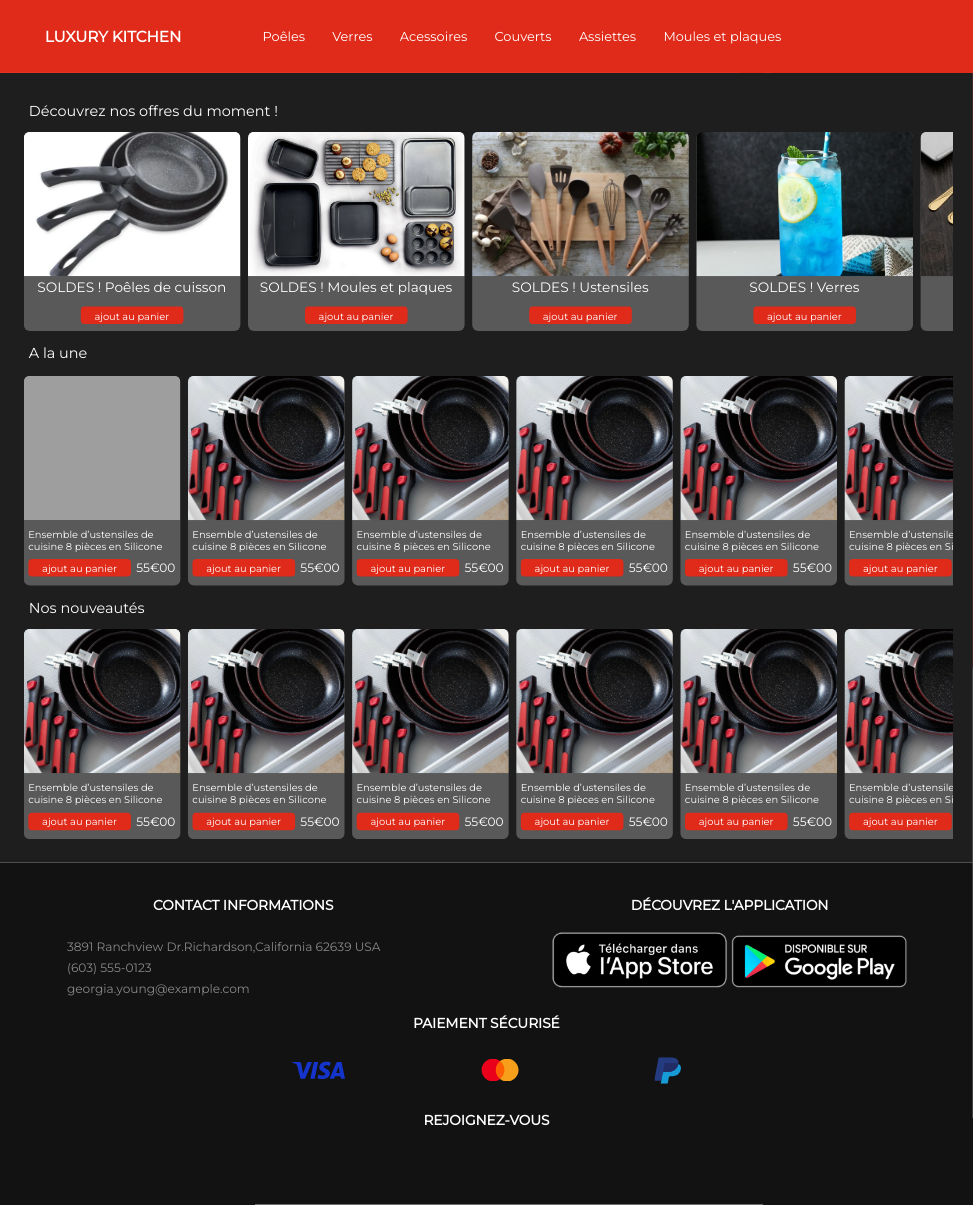
Repository: Juannpl/Luxury-Kicthen
Page: index.html
These files come from the project's save history. The page is drawn as it stood at one moment and after a run of saves; the edit follows.
The browser window is 1280 px wide. The pictures show the whole page, at 76% of full size.
Pictures or frames that could not be fetched are drawn as grey boxes. Some icons come from a web library that is not loaded, so they are not drawn.

Above is the page before, as saved 2023-02-16 20:21:34.

After the next 2 saves:
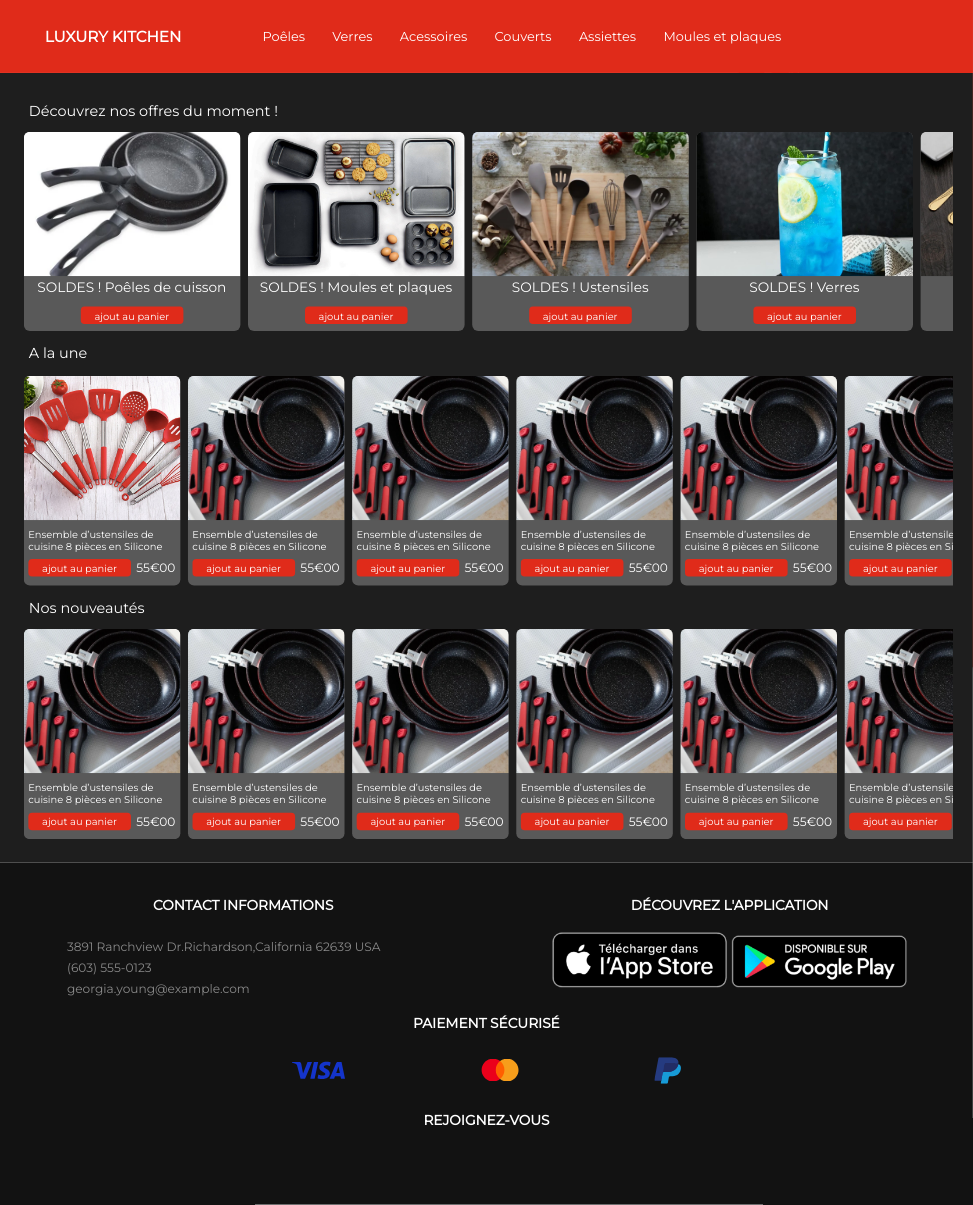
The 2 saves are shown as one change because they came seconds apart.
The last was saved 13 s later.
--- a/index.html
+++ b/index.html
@@ -211,7 +211,7 @@
     <div class="containeer">
       <div class="card">
         <div class="controle">
-          <img src="img/" alt="poele">
+          <img src="img/accessoire/accessoire1.1.png" alt="poele">
         </div>
         <div class="descr_panier">
           <div class="text_panier">
